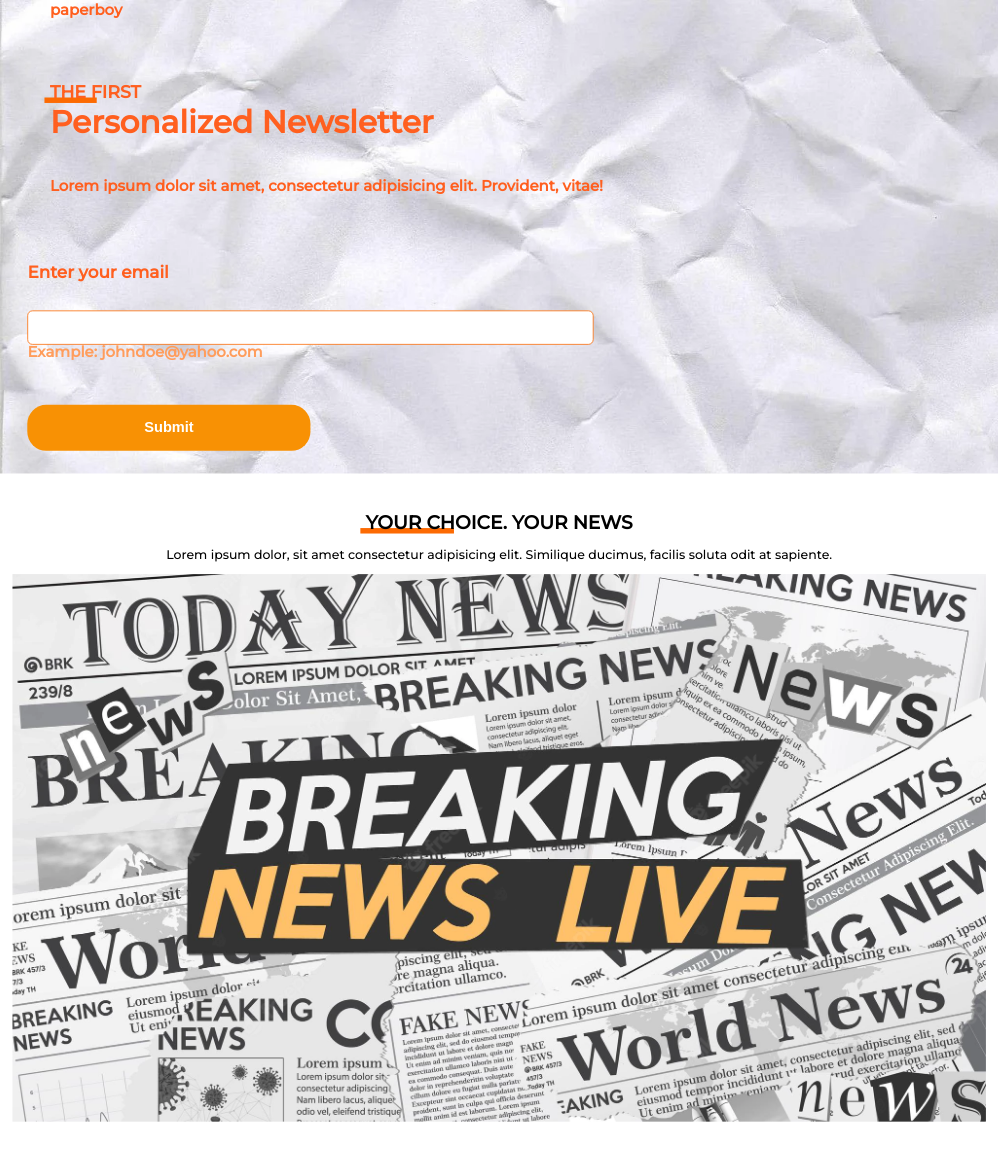
Repository: Gionnn/proiecte
Page: index.html
An editor plug-in stored every save of this project. The page is shown before and after the next save, followed by the edit.
The browser window is 1280 px wide. The pictures show the whole page, at 78% of full size.

Above is the page before, as saved 2022-11-28 12:24:06.

After the next save:
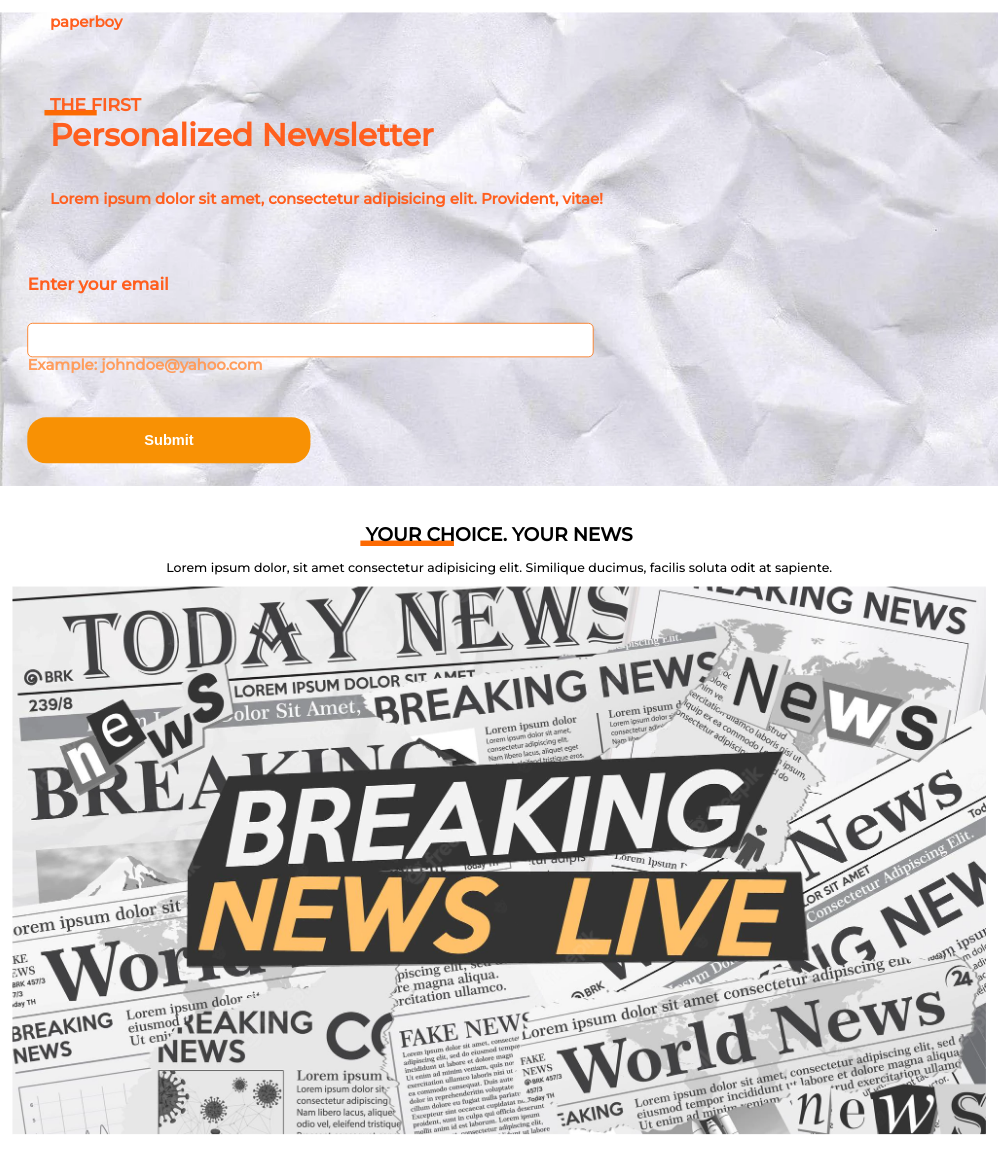
Saved 38 s later.
--- a/css/main.css
+++ b/css/main.css
@@ -11,8 +11,10 @@ body {
   text-align: center;
 }
 
+header {
+  margin-top: 1em;
+}
 .hero-bg a {
-  margin-top: 1em;
   color: #ff5f1f;
   text-decoration: none;
   font-weight: bold;
